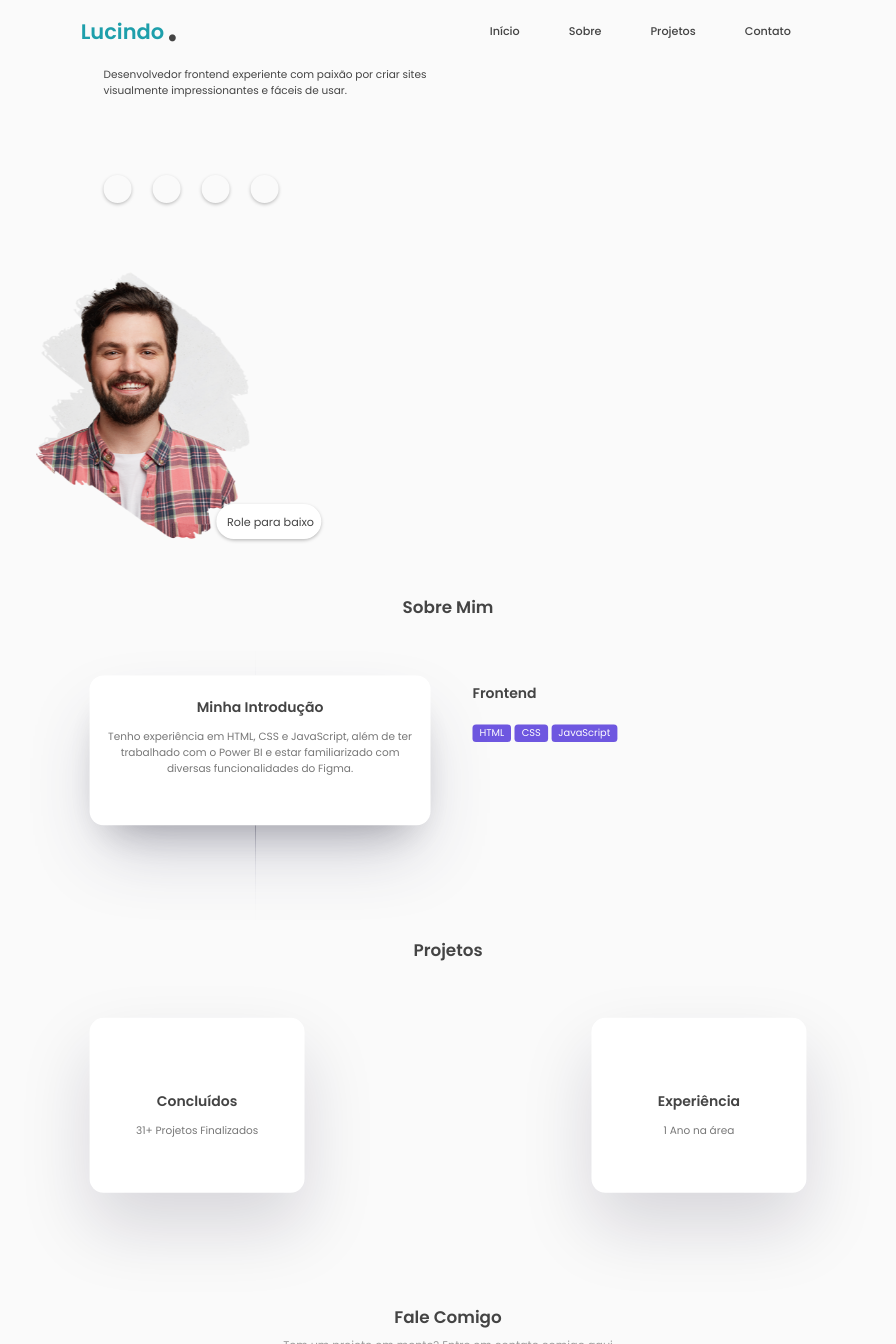
Repository: Matheus904-12/PrePortf
Page: index.html
These files come from the project's save history. The page is drawn as it stood at one moment and after the next save; the edit follows.
The browser window is 1280 px wide. The pictures show the part of the page from y = 0 to 1920 px (the page is 2733 px tall before and 2708 px after), at 70% of full size.
Some icons come from a web library that is not loaded, so they are not drawn.

Above is the page before, as saved 2023-09-29 12:12:23.

After the next save:
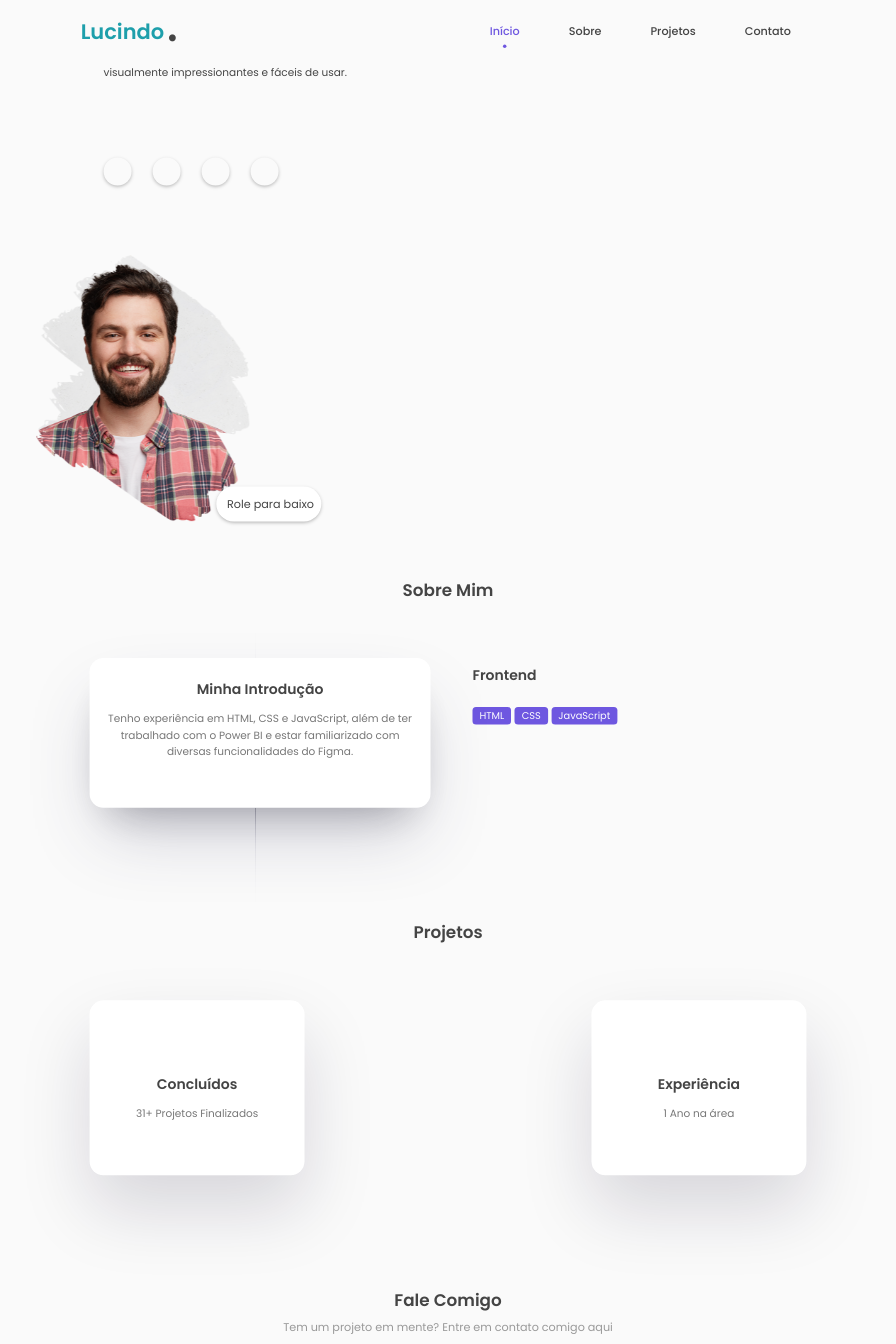
Saved 4 s later.
--- a/index.html
+++ b/index.html
@@ -52,7 +52,7 @@
         <!-- -------------- PRINCIPAL ---------------- -->
         <main class="wrapper">
             <!-- -------------- DESTAQUE ---------------- -->
-            <br><br><b></b>
+            <br>
             <section class="featured-box" id="home">
                 <div class="featured-text">
                     <div class="featured-text-card">
